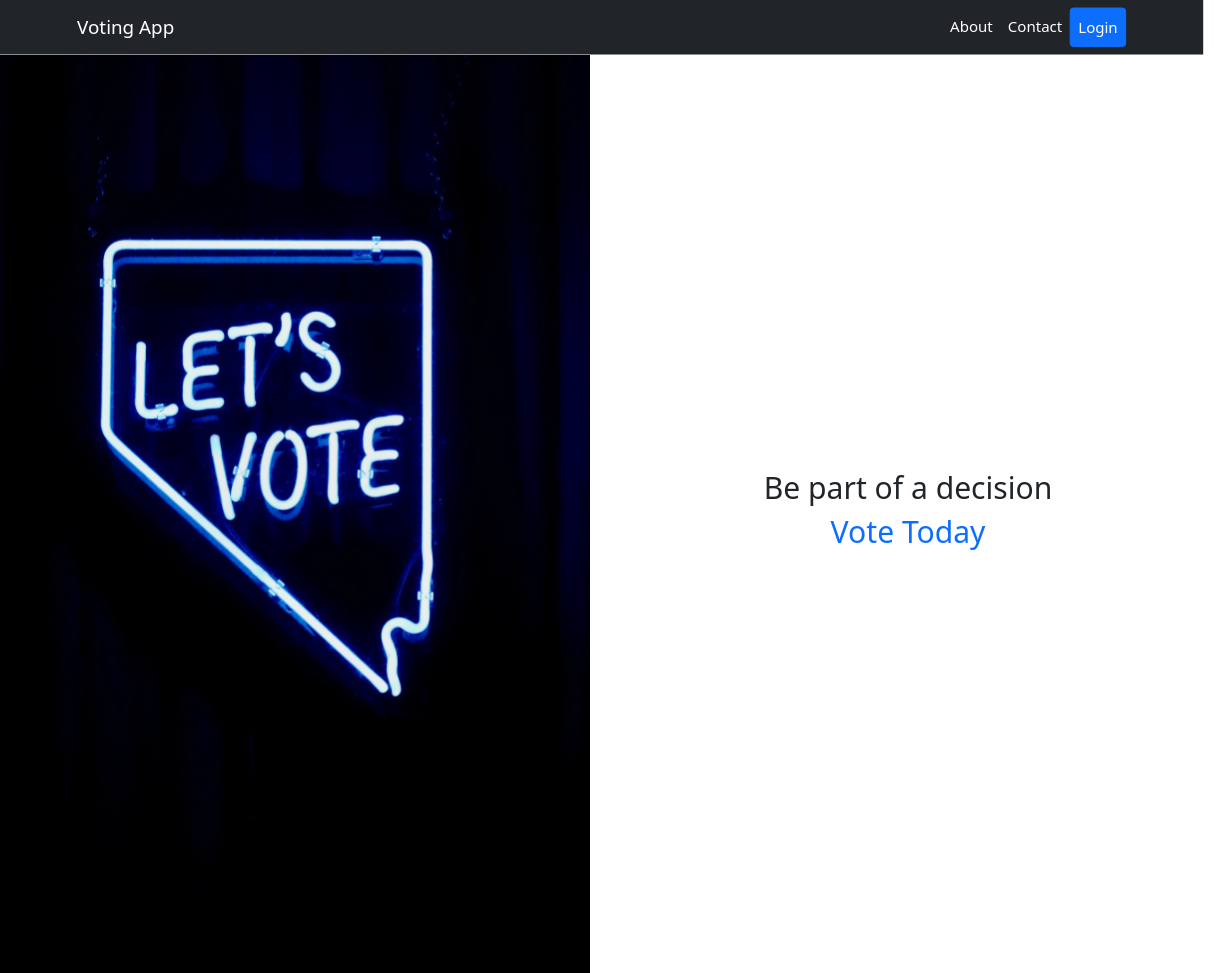
Repository: DavidManiIbrahim/Voting-app
Page: index.html
These files come from the project's save history. The page is drawn as it stood at one moment and after a run of saves; the edit follows.
The browser window is 1280 px wide. The page is 1292 px wide, so the pictures cover 1292 px, including what lies to the right of the window. The pictures show the whole page, at 94% of full size.

Above is the page before, as saved 2025-01-18 03:40:52.

After the next 6 saves:
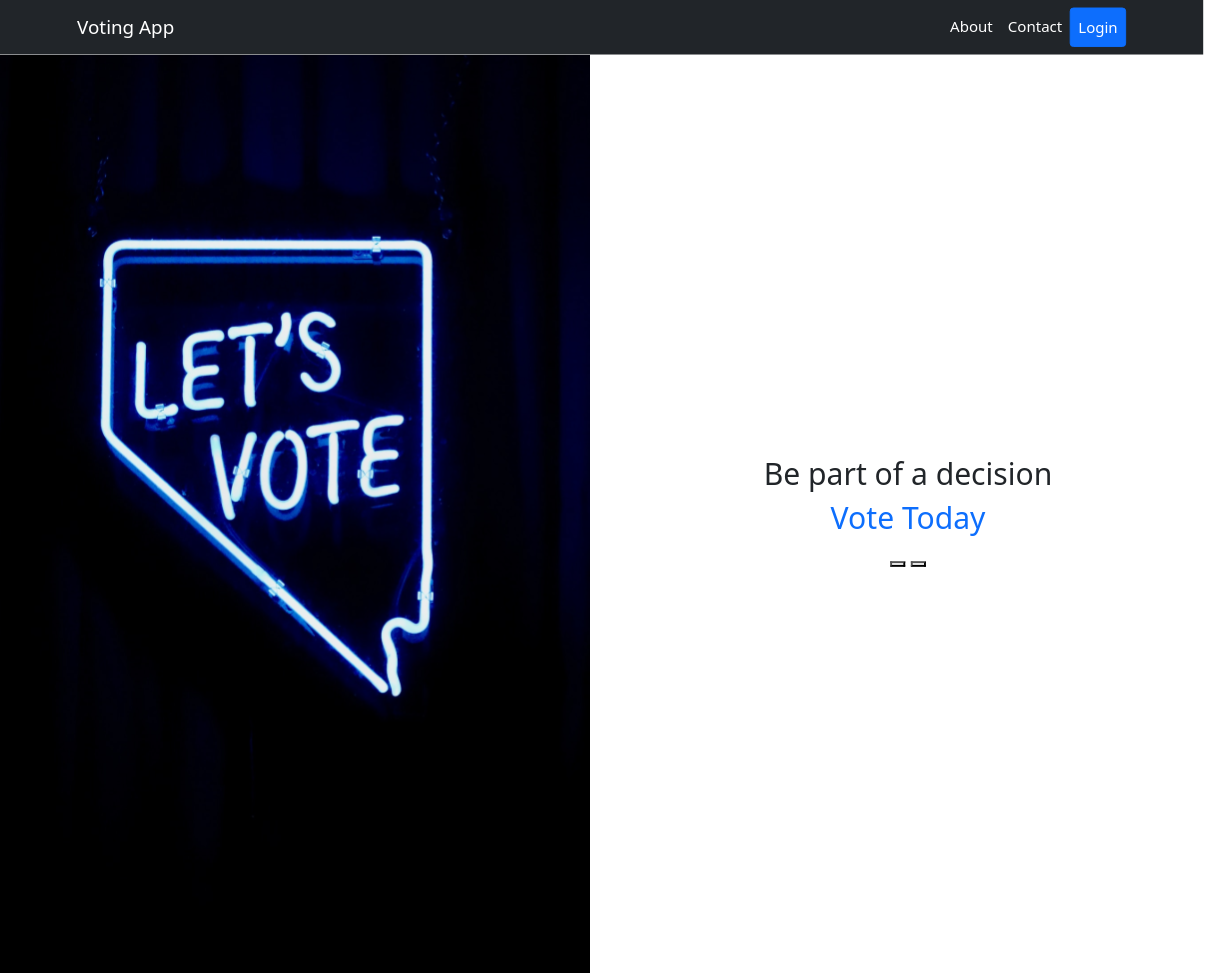
The 6 saves are shown as one change because they came seconds apart.
The last was saved 16 s later.
--- a/index.html
+++ b/index.html
@@ -39,7 +39,10 @@
         <div class="container-fluid text-center lead m-auto" id="content">
             <h2>Be part of a decision</h2>
             <h2 class="text-primary">Vote Today</h2>
-            <div class="button-gr"></div>
+            <div class="">
+                <button></button>
+                <button></button>
+            </div>
         </div>
     </div>
 </div>
